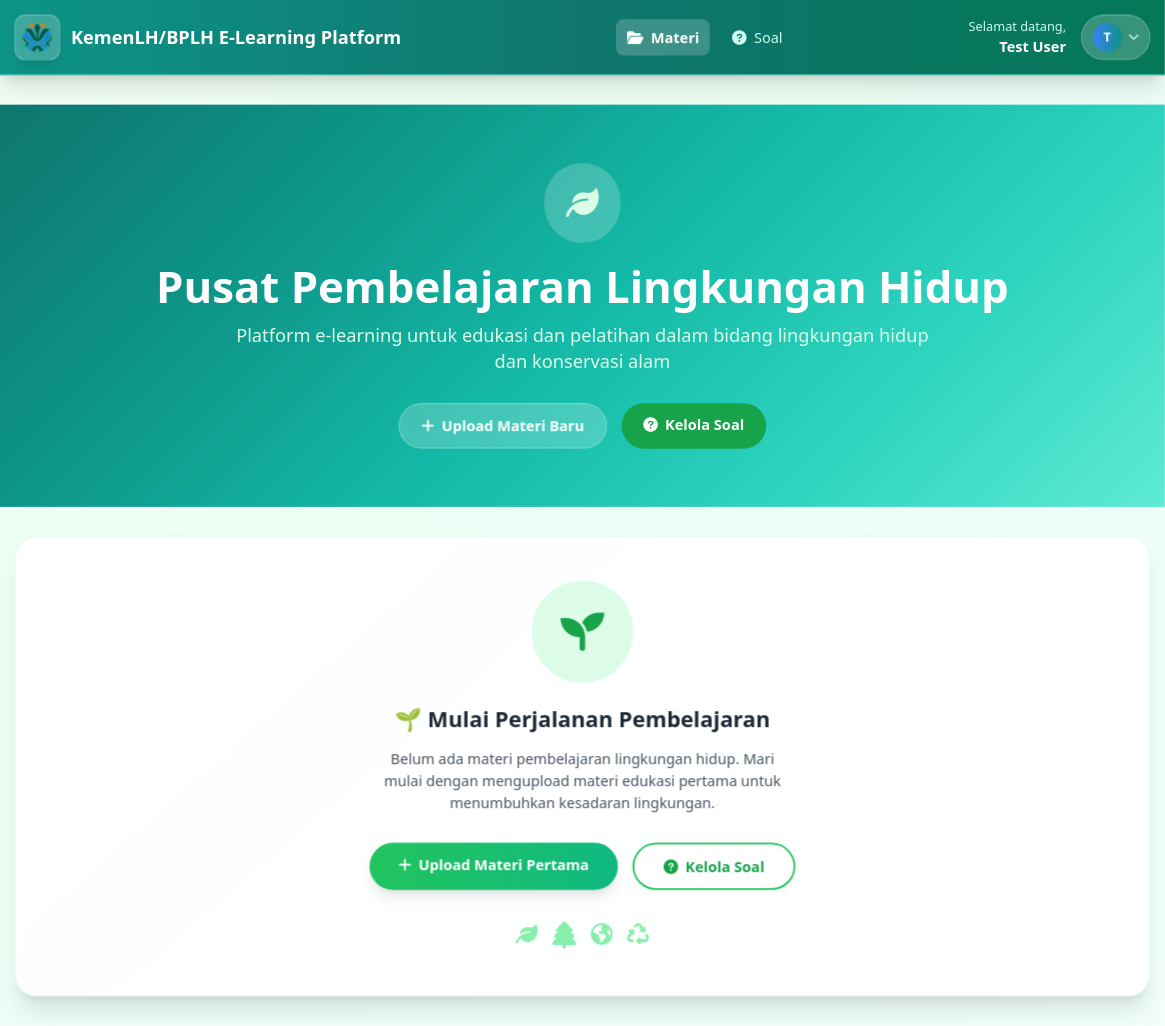
Repository: Autofat/LMS-MOOC
Page: http://localhost/materials
The author's editor kept a copy of each file at every save. The page is drawn from the files as they stood at one save, then again after the next save.
The browser window is 1280 px wide. The pictures show the whole page, at 91% of full size.
Some web libraries are served in a nearby version. The page is served by the project's Laravel application, run on PHP 8.4 with Laravel 12. A made-up administrator, Test User (test@example.com), is signed in. Queries for data that is not in the repository find no rows.

Above is the page before, as saved 2025-08-01 12:58:34.

After the next save:
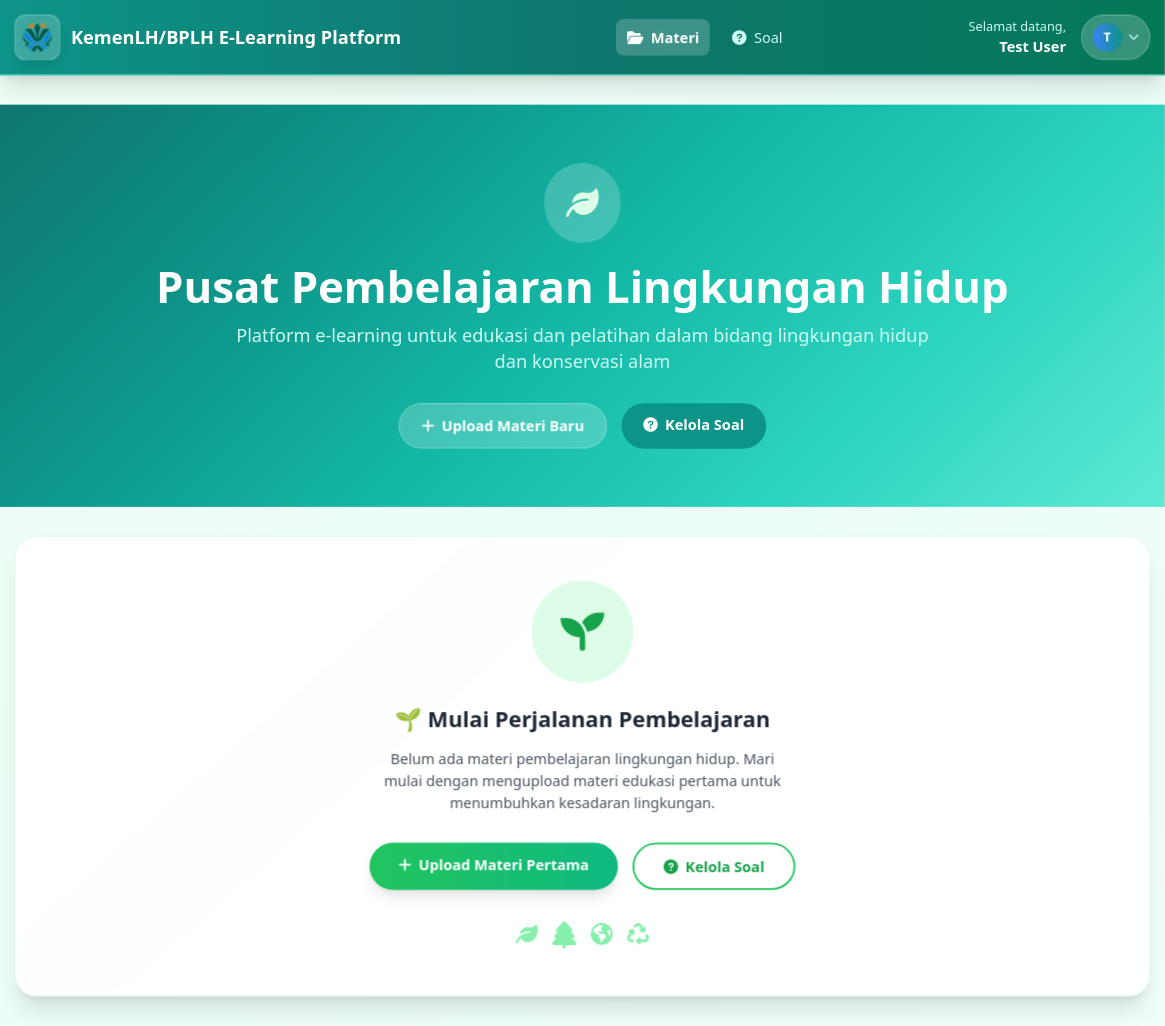
Saved 13 s later.
--- a/resources/views/materials/index.blade.php
+++ b/resources/views/materials/index.blade.php
@@ -33,7 +33,7 @@
                 <h1 class="text-4xl md:text-5xl font-bold mb-4">
                     Pusat Pembelajaran Lingkungan Hidup
                 </h1>
-                <p class="text-xl text-green-100 mb-8 max-w-3xl mx-auto">
+                <p class="text-xl text-teal-100 mb-8 max-w-3xl mx-auto">
                     Platform e-learning untuk edukasi dan pelatihan dalam bidang lingkungan hidup dan konservasi alam
                 </p>
                 <div class="flex flex-col sm:flex-row gap-4 justify-center">
@@ -42,7 +42,7 @@
                         <i class="fas fa-plus mr-2"></i>Upload Materi Baru
                     </a>
                     <a href="{{ route('questions.manage') }}"
-                        class="bg-green-600 hover:bg-green-700 text-white font-bold py-3 px-6 rounded-full transition-all duration-300 transform hover:scale-105">
+                        class="bg-teal-600 hover:bg-teal-700 text-white font-bold py-3 px-6 rounded-full transition-all duration-300 transform hover:scale-105">
                         <i class="fas fa-question-circle mr-2"></i>Kelola Soal
                     </a>
                 </div>
